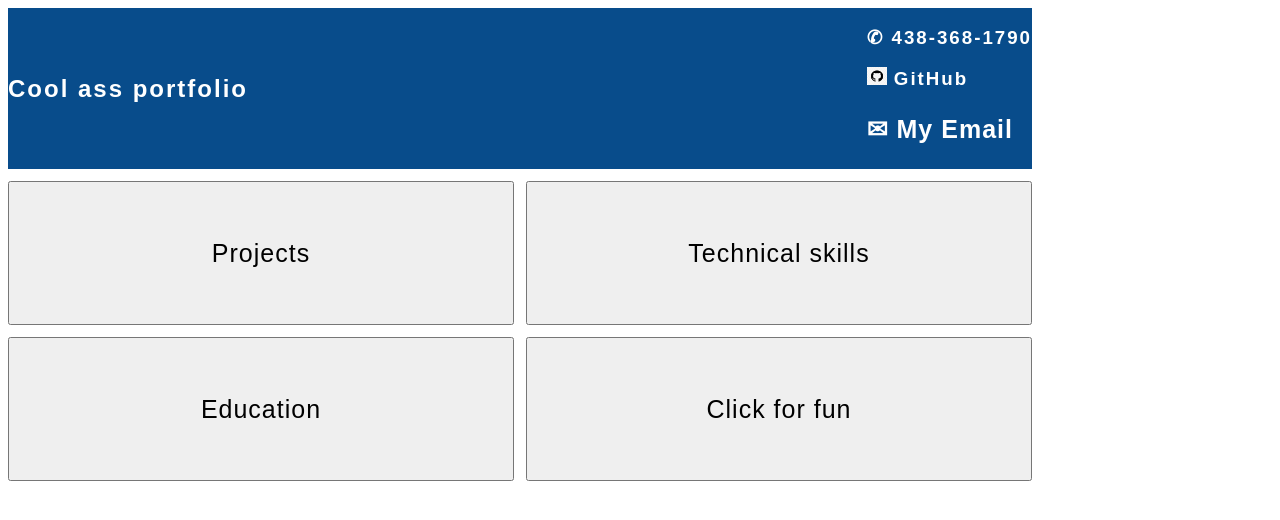
Repository: zackaroo20/zackaroo20
Page: index.html
The author's editor kept a copy of each file at every save. The page is drawn from the files as they stood at one save, then again after the next save.
The browser window is 1280 px wide. The pictures show the whole page.

Above is the page before, as saved 2026-05-13 11:02:00.

### index.html
<!doctype html>
<html lang="en">
  <head>
    <meta charset="UTF-8" />
    <meta name="viewport" content="width=device-width, initial-scale=1.0" />
    <title>Document</title>
    <link rel="stylesheet" href="./styles/index.css" />
  </head>
  <header>
        <section id="cap">
            <h1 >Cool ass portfolio</h1>
        </section>
        <aside>
            <h3> ✆ 438-368-1790</h3>
            <h3><a href="https://github.com/zackaroo20"><img src="/assets/specs/GHicon.png  " alt="git hub logo"> GitHub</a></h3>
            <h3><a href="emailto:tomjerrysc@gmail.com"><p class = longemail>✉ My Email</p></a></h3>



        </aside>

    </header>
    <body>
      <section>
        <button><p>Projects</p></button>
        <button><p>Technical skills</p></button>
        <button><p>Education</p></button>
        <button><p>Click for fun</p></button>


      </section>




    </body>

</html>

### styles/index.css
@page {
  size: A4;
  margin: 1cm;
}
@media screen and (min-width: 700px) {
  body,
  head {

    /* custom styles */

    max-width: 80%;
  }
}

header {
  font-family: Arial, Helvetica, sans-serif;
  letter-spacing: 2px;
  background-color: #084c8b;
  color: white;
  display: flex;
  justify-content: space-between;
  align-items: center;
  margin-bottom: 12px;
}
#cap {
  display: flex;

  justify-content: center;
  margin-left: 12px b;
}
p {
  font-family: Arial, Helvetica, sans-serif;
  letter-spacing: 1px;
  font-size: 25px;
}

section {

  display: grid;
  grid-template-columns: repeat(2, 1fr);
  gap: 12px;

}
img {
  background-color: transparent;

  width: 20px;
  height: 18px;
}

h3 a {
  text-decoration: none;
  color: inherit;
}
button {


  height: 20vh;
  width: 100%;
}

After the next save:
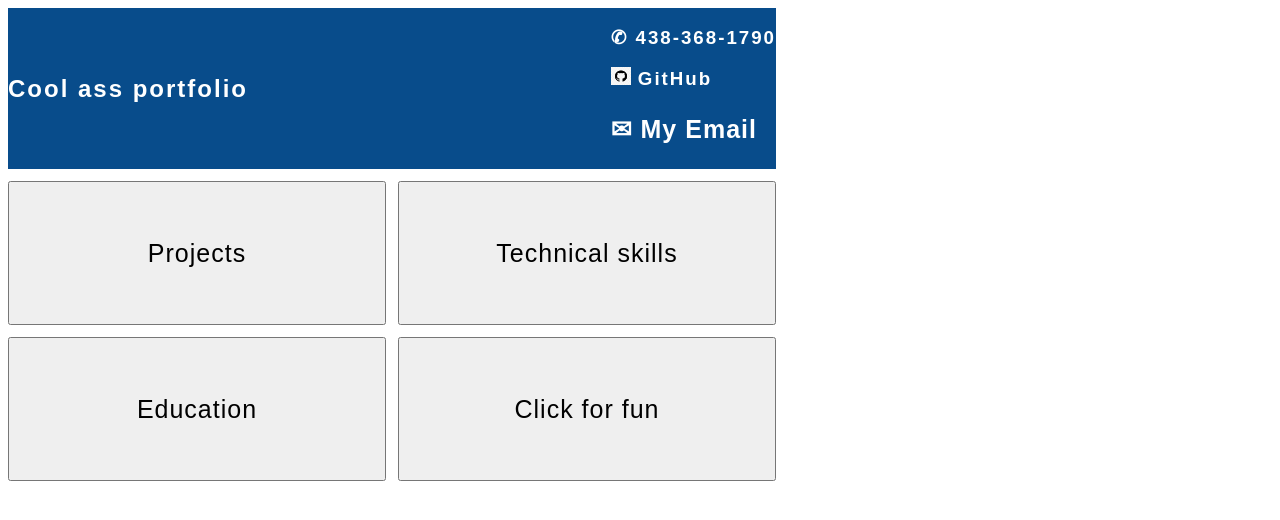
Saved 113 s later.
--- a/styles/index.css
+++ b/styles/index.css
@@ -6,9 +6,13 @@
   body,
   head {
 
+    .container {
+    padding: 0 1rem;
+    margin: 0 auto;
+  }
     /* custom styles */
 
-    max-width: 80%;
+    max-width: 768px;
   }
 }
 
@@ -58,3 +62,8 @@ button {
   height: 20vh;
   width: 100%;
 }
+.container {
+  width: 100%;
+  max-width: 1200px;
+  margin: 0 auto;
+}
